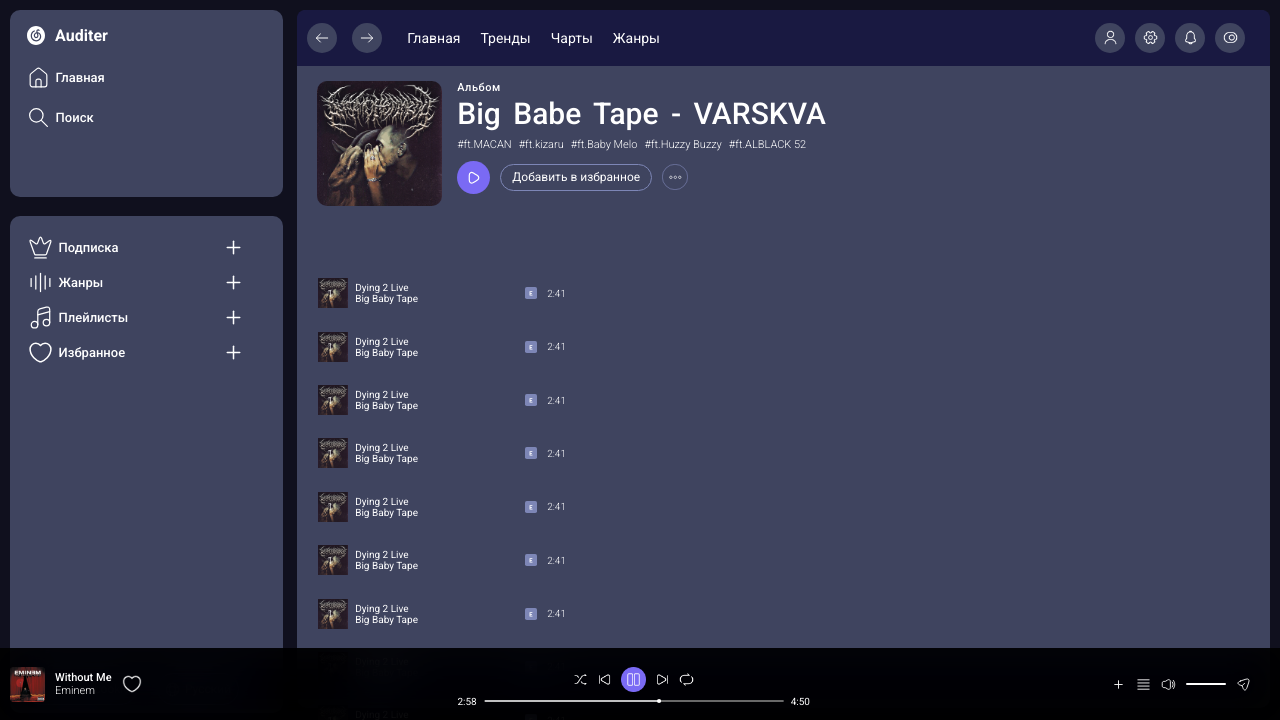
Repository: MaksimKrupkin/music_app
Page: /tracklist
An editor plug-in stored every save of this project. The page is shown before and after the next save, followed by the edit.
The browser window is 1280 px wide. The pictures show the whole page.
The project was rebuilt for these pictures with package versions that can differ from the ones it lists, and the page was loaded fresh each time. Also part of the build but not shown: vite.config.ts, src/Pages/MainPage_demo/MainPage_demo.module.scss, src/Components/MainScreenDemo/MainScreenDemo.module.scss, src/Components/MainScreenHeaderDemo/MainScreenHeaderDemo.module.scss, src/Components/MainScreenHeaderDemo/MainScreenHeaderDemo.tsx, src/Components/MainScreenDemo/Charts/Charts.module.scss, src/Components/MainScreenDemo/Charts/Charts.tsx, src/Components/Card/Card.module.scss and 11 more.

Above is the page before, as saved 2024-02-26 11:31:13.

After the next save:
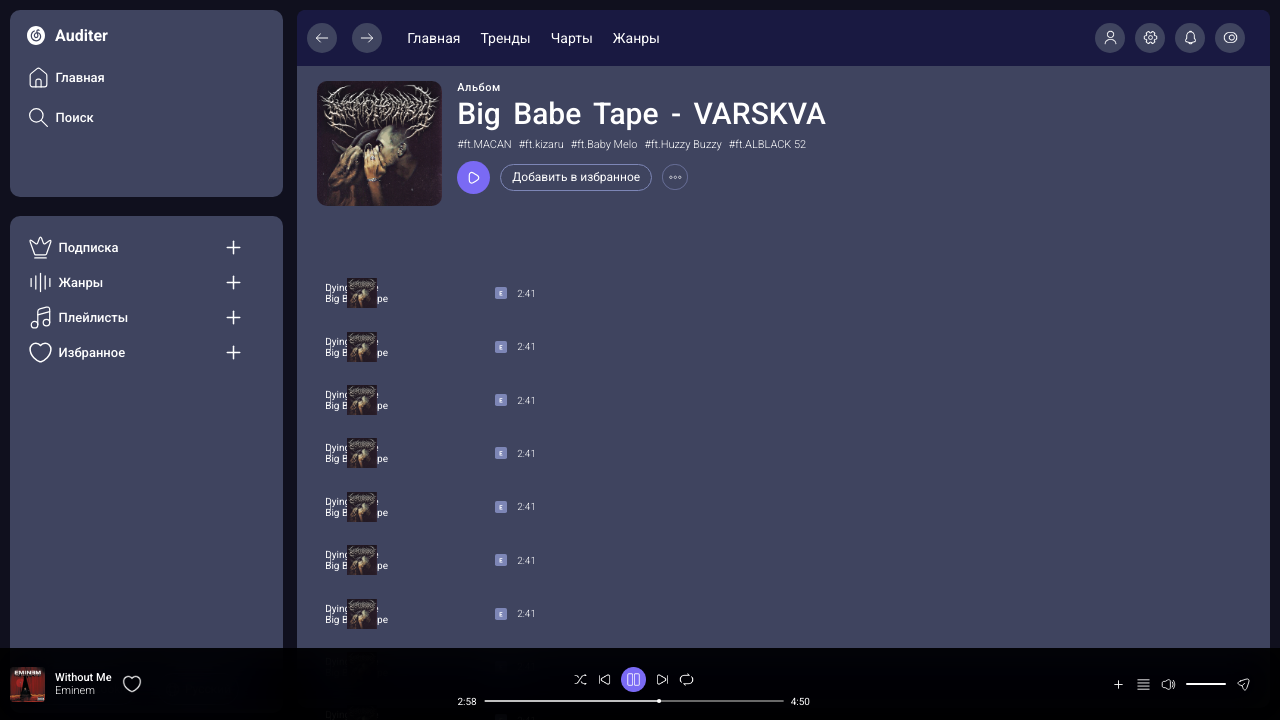
Saved 10 s later.
--- a/src/Components/TrackListScreen/Track/Track.module.scss
+++ b/src/Components/TrackListScreen/Track/Track.module.scss
@@ -26,6 +26,8 @@
     display: none;
   }
   .cover {
+    position: absolute;
+    left: 30px;
     width: 30px;
   }
   .info {
